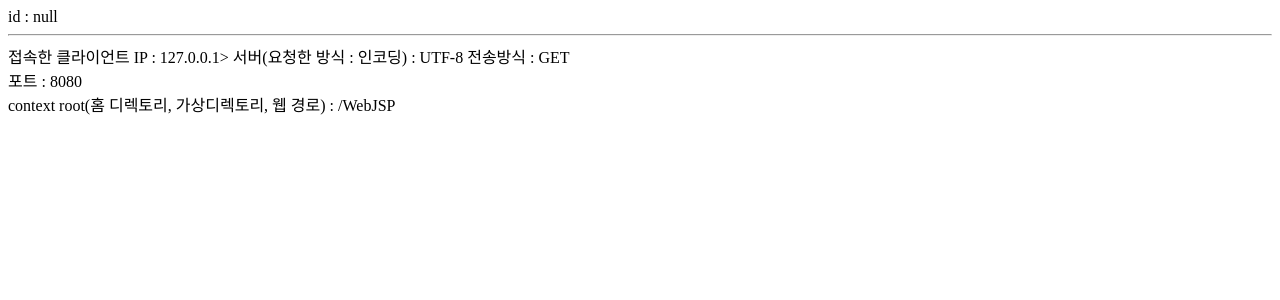
Repository: wook-dragon/wook_dragon
Page: http://localhost/WebJSP/Ex04_request.jsp
An editor plug-in stored every save of this project. The page is shown before and after the next save, followed by the edit.
The browser window is 1280 px wide. The pictures show the whole page.
The page is served by Tomcat 9.

Above is the page before, as saved 2019-10-23 05:52:57.

After the next save:
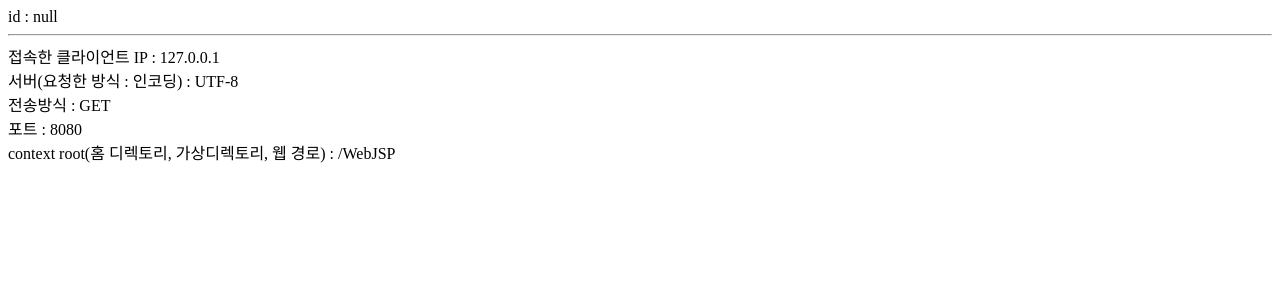
Saved 80 s later.
--- a/WebJSP/JSPLab/WebJSP/WebContent/Ex04_request.jsp
+++ b/WebJSP/JSPLab/WebJSP/WebContent/Ex04_request.jsp
@@ -26,10 +26,10 @@
 </head>
 <body>
 id : <%=id %><hr>
-접속한 클라이언트 IP : <%=request.getRemoteAddr() %>>
-서버(요청한 방식 : 인코딩) : <%=request.getCharacterEncoding() %>
+접속한 클라이언트 IP : <%=request.getRemoteAddr() %><br>
+서버(요청한 방식 : 인코딩) : <%=request.getCharacterEncoding() %><br>
 전송방식 : <%= request.getMethod() %><br>
 포트 : <%= request.getServerPort() %><br>
-context root(홈 디렉토리, 가상디렉토리, 웹 경로) : <%= request.getContextPath() %>
+context root(홈 디렉토리, 가상디렉토리, 웹 경로) : <%= request.getContextPath() %><br>
 </body>
 </html>
